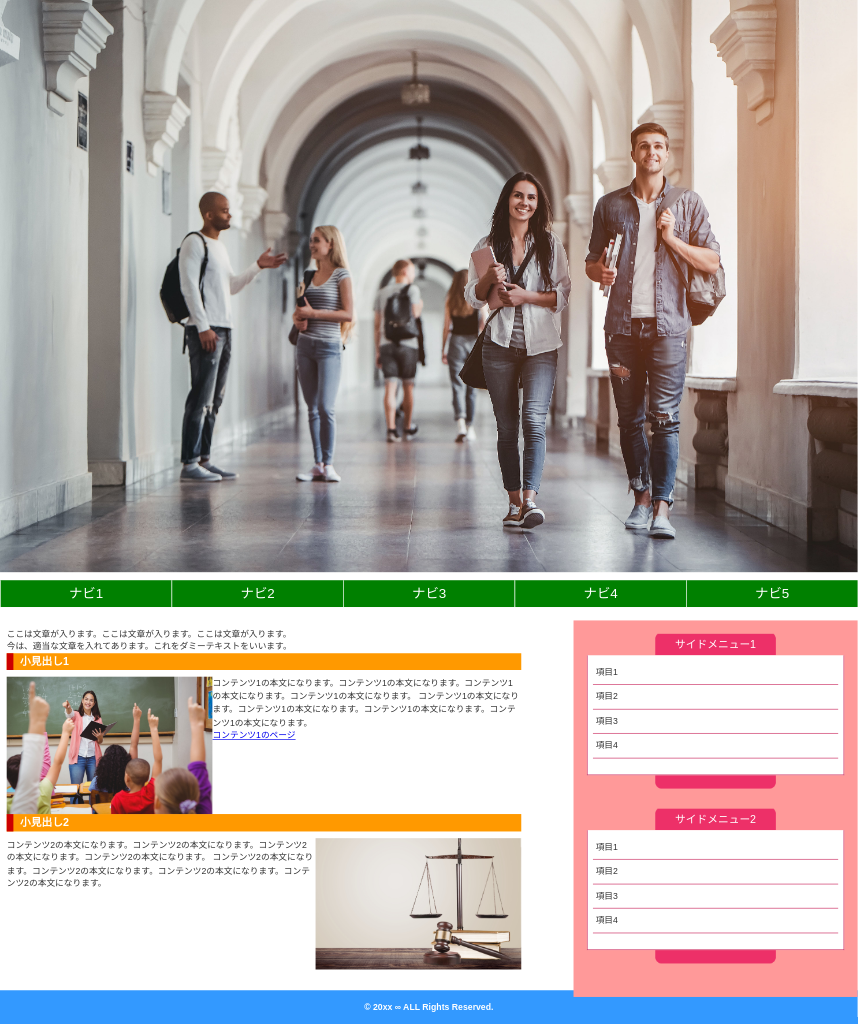
Repository: ryota-ima/samurai_HTML-CSS
Page: home.html
The author's editor kept a record of every edit. The page is drawn from the files as they stood at one moment, then again after the next edit.
The browser window is 1280 px wide. The pictures show the whole page, at 67% of full size.

Above is the page before.

### home.html
<!DOCTYPE html>
<html lang="ja">
    <head>
        <meta charset="UTF-8">
        <title>HTML/CSSの学習</title>
        <link rel="stylesheet" href="stylesheet.css">
    </head>
    <body>
        <div id="header">
            <h1><a href="index.html"><img id="corridor" src="images/corridor.jpg" alt="大学の廊下" /></a></h1>
        </div>
        <div id="wrapper">
            <div id="nav">
                <ul>
                    <li><a href="home.html">ナビ1</a></li>
                    <li><a href="#">ナビ2</a></li>
                    <li><a href="#">ナビ3</a></li>
                    <li><a href="#">ナビ4</a></li>
                    <li><a href="#">ナビ5</a></li>
                </ul>
            </div>
            <div id="container">
                <div id="main">
                    <div class="post">
                        <p>ここは文章が入ります。ここは文章が入ります。ここは文章が入ります。<br>今は、適当な文章を入れてあります。これをダミーテキストをいいます。</p>
                    </div>
                    <div class="post clearfix">
                        <h2>小見出し1</h2>
                        <img class="left" src="images/classroom.jpg" alt="授業風景">
                        <p>
                            コンテンツ1の本文になります。コンテンツ1の本文になります。コンテンツ1の本文になります。コンテンツ1の本文になります。
                            コンテンツ1の本文になります。コンテンツ1の本文になります。コンテンツ1の本文になります。コンテンツ1の本文になります。
                        </p>
                        <p><a href="#">コンテンツ1のページ</a></p>
                    </div>
                    <div class="post clearfix">
                        <h2>小見出し2</h2>
                        <img class="right" src="images/scale.jpg" alt="天秤">
                        <p>
                            コンテンツ2の本文になります。コンテンツ2の本文になります。コンテンツ2の本文になります。コンテンツ2の本文になります。
                            コンテンツ2の本文になります。コンテンツ2の本文になります。コンテンツ2の本文になります。コンテンツ2の本文になります。
                        </p>
                    </div>
                </div>
                <div id="side">
                    <div class="box">
                        <h2>サイドメニュー1</h2>
                        <div class="boxBody">
                            <ul>
                                <li>項目1</li>
                                <li>項目2</li>
                                <li>項目3</li>
                                <li>項目4</li>
                            </ul>
                        </div>
                    </div>
                    <div class="box">
                        <h2>サイドメニュー2</h2>
                        <div class="boxBody">
                            <ul>
                                <li>項目1</li>
                                <li>項目2</li>
                                <li>項目3</li>
                                <li>項目4</li>
                            </ul>
                        </div>
                    </div>
                </div>
            </div>
        </div>
        <div id="footer">
          <p>&copy; 20xx ∞ ALL Rights Reserved.</p>
        </div>


    </body>
</html>

### stylesheet.css
@charset "utf-8";

body {
    margin: 0;
    padding: 0;
    font-family: "ヒラギノ角ゴ Pro W3", "Hiragino Kaku Gothic Pro", "メイリオ", Meiryo, Osaka, "ＭＳ Ｐゴシック", "MS PGothic", sans-serif;
	color: #333;
	font-size: 13px;
	line-height: 150%;
}

/*-------------------wrapper-----------------------*/

#wrapper {
    width: 100%;
    margin: auto;
    padding: 0;
    border: 0;
    background-color: #fff;
    top: 10px;
    position: relative;
}

/*-------------------header------------------------*/

#header {
    width: 100%;
}

#header h1 {
    margin: 0;
    padding: 0;
}

#corridor {
    width: 100%;
    height: auto;
}

/*---------------------footer------------------------*/

#footer {
    clear: both;
    width: 100%;
    padding: 3px 0 3px 0;
    background: #39F;
    color: #FFF;
    font-weight: bold;
    text-align: center;
}

/*-----------------------nav---------------------------*/

#nav {
    width: 100%;
}

#nav ul {
    margin: 0;
    padding: 0;
    list-style-type: none;
    display: flex;
}

#nav ul li {
    /*float: left;*/
    width: 20%;
    text-align: center;

}

#nav ul li a {
    display: block;
    height: 20px;
    margin: 0;
    padding: 10px;
    color: #FFF;
    font-size: 20px;
    text-decoration: none;
    background-color: green;
    border-left: 1px solid white;
}

#nav ul li a:hover {
    filter: drop-shadow(10px 10px 10px black);
}

/*-------------------container-----------------------*/

#container {
    width: 100%;
    margin: auto;
    padding-top: 20px;
    clear: both;
}

/*------------------------main------------------------------*/

#main {
    float: left;
    width: 60%;
    padding: 10px 30px 10px 10px;
}

#main h2 {
    margin: 0 0 10px 0;
    padding: 3px 10px 3px 10px;
    color: #FFF;
    font-size: 16px;
    border-left: solid 10px #C00;
    background-color: #F90;
}

#main p {
    margin: 0;
    padding: 0;
}

#main post {
    margin: 0 0 30px 0;
}

#main .post img .right {
    margin: 0 0 0 8px;
}

#main .post img .left {
    margin: 0 8px 0 0;
}

.right {
    float: right;
    width: 40%;
    height: auto;
}

.left {
    float: left;
    width: 40%;
    height: auto;
}

/*-------------------------clearfix----------------------------*/


.clearfix {
    zoom: 1;
}

.clearfix:after {
    content: "";
    display: block;
    clear: both;
}


/*-------------------------side---------------------------------*/

#side {
    float: right;
    width: 30%;
    padding: 20px;
    background-color: #F99;
}


#side .box {
    margin: 0 auto 30px auto;
    padding: 0 0 20px 0;
    background: url(images/side_box.png) bottom no-repeat;
}

#side .box h2 {
    margin: 0;
    padding: 8px;
    text-align: center;
    color: #fff;
    font-size: 16px;
    line-height: 16px;
    font-weight: normal;
    background: url(images/side_box_h2.png) center no-repeat;
}

#side .box .boxBody {
    padding: 8px;
    border-right: solid 1px #C36;
    border-bottom: solid 1px #C36;
    border-left: solid 1px #C36;
    background: #fff;
}

#side .box .boxBody ul {
    margin: 0 0 16px 0;
    padding: 0;
}

#side .box .boxBody ul li {
    padding: 8px 0 8px 4px;
    list-style: none;
    border-bottom: solid 1px #C36;
}

#side .box .boxBody ul li:hover {
    padding: 8px 0 8px 4px;
    list-style: none;
    border-bottom: solid 1px #C36;
    box-shadow: 0px 4px 4px rgba(0,0,0,0.3);
}

After the next edit:
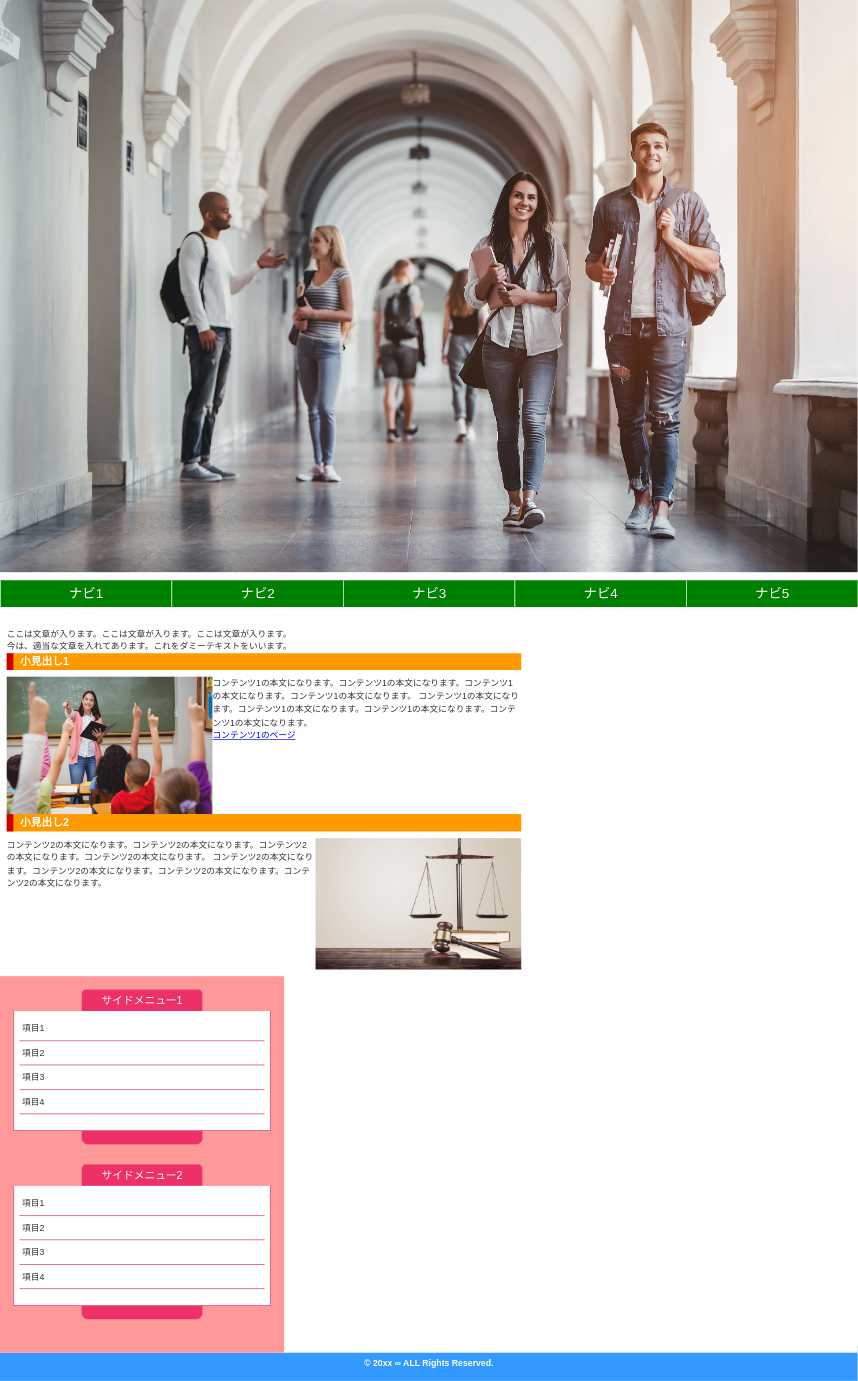
The edit:
--- a/stylesheet.css
+++ b/stylesheet.css
@@ -92,6 +92,8 @@
     margin: auto;
     padding-top: 20px;
     clear: both;
+    display: grid;
+    grid-tempate-columns: 70vw 30vw;
 }
 
 /*------------------------main------------------------------*/
